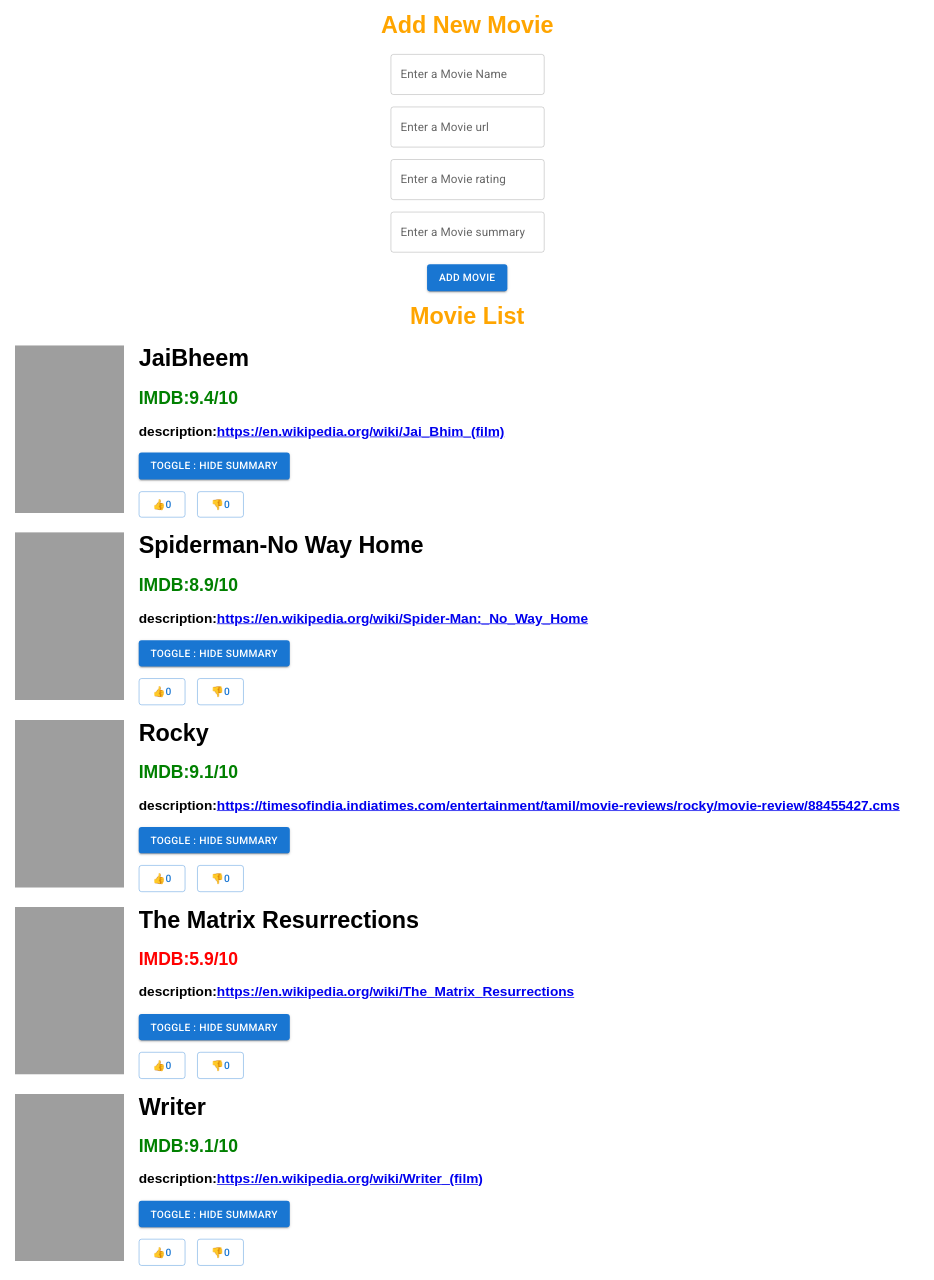
Repository: baladhinesh18/first-app
Page: /
The author's editor kept a copy of each file at every save. The page is drawn from the files as they stood at one save, then again after a run of saves.
The browser window is 1280 px wide. The pictures show the whole page, at 73% of full size.
Pictures or frames that could not be fetched are drawn as grey boxes. The project was rebuilt for these pictures with package versions that can differ from the ones it lists, and the page was loaded fresh each time.

Above is the page before, as saved 2022-01-07 18:09:36.

After the next 2 saves:
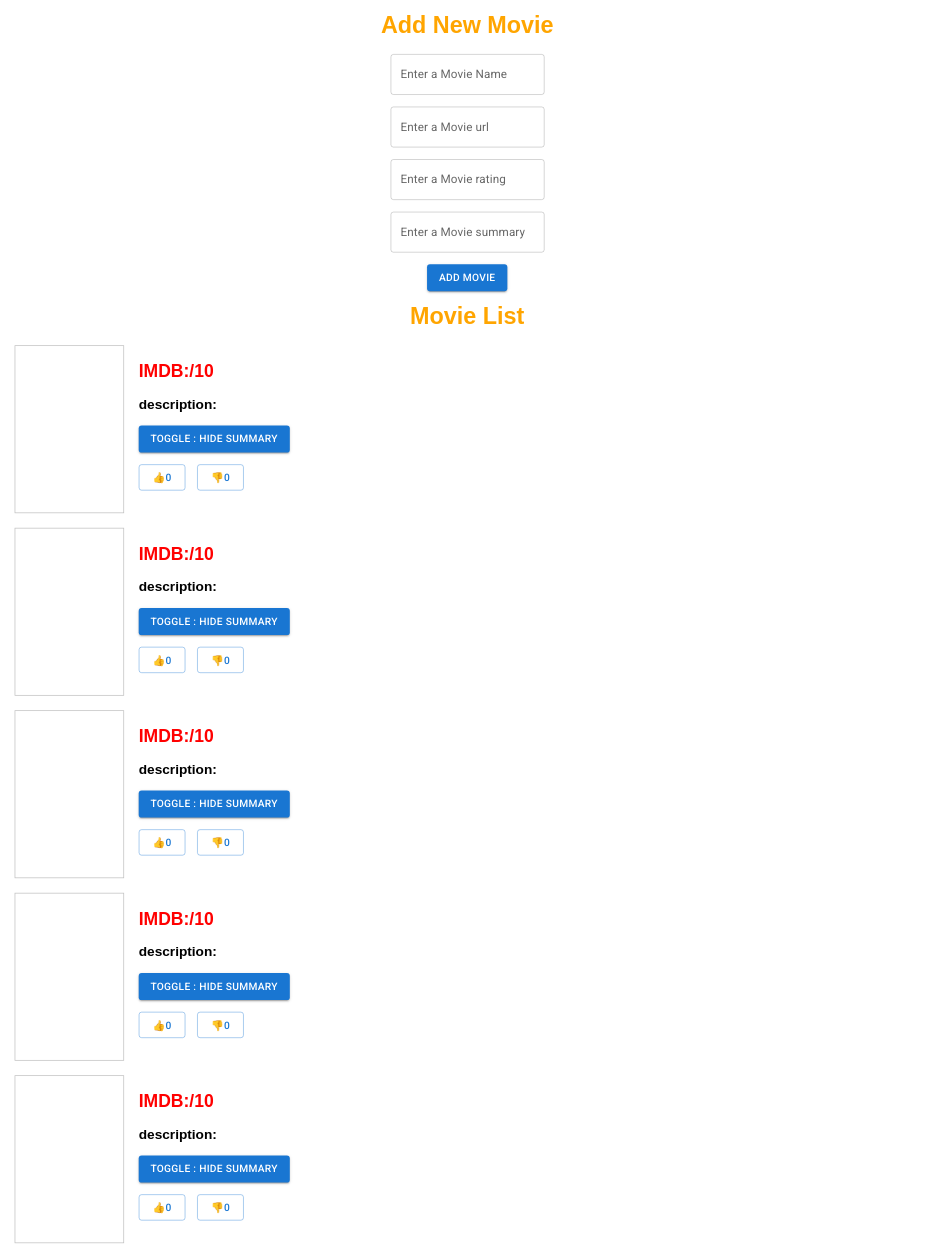
The 2 saves are shown as one change because 1 did not build or start.
The last was saved 91 s later.
--- a/src/App.js
+++ b/src/App.js
@@ -82,18 +82,18 @@
   </div>
 )}
 
-function Starting({ nme, ur,rat,des }) {
-const styles={color: rat>=8.5? "green":"red"};
+function Starting({ name, url,ratings,summary }) {
+const styles={color: ratings>=8.5? "green":"red"};
 const[isHide,setIsHide]=useState(true);
 
   return (
     <div>
     <div className="ro">
-     <img src={ur} className="mg" alt={nme} />
+     <img src={url} className="mg" alt={name} />
       <div className="col">
-      <h1> {nme}</h1>
-      <h2 style={styles}>IMDB:{rat}/10</h2>
-      { isHide?<h3>description:<a href={des}>{des}</a></h3>:null}
+      <h1> {name}</h1>
+      <h2 style={styles}>IMDB:{ratings}/10</h2>
+      { isHide?<h3>description:<a href={summary}>{summary}</a></h3>:null}
       {/* <h3>description:<a href={des}>{des}</a></h3> */}
       <div>
     <Button onClick={()=>setIsHide(!isHide)} variant="contained">Toggle : Hide summary</Button>

After the save that followed:
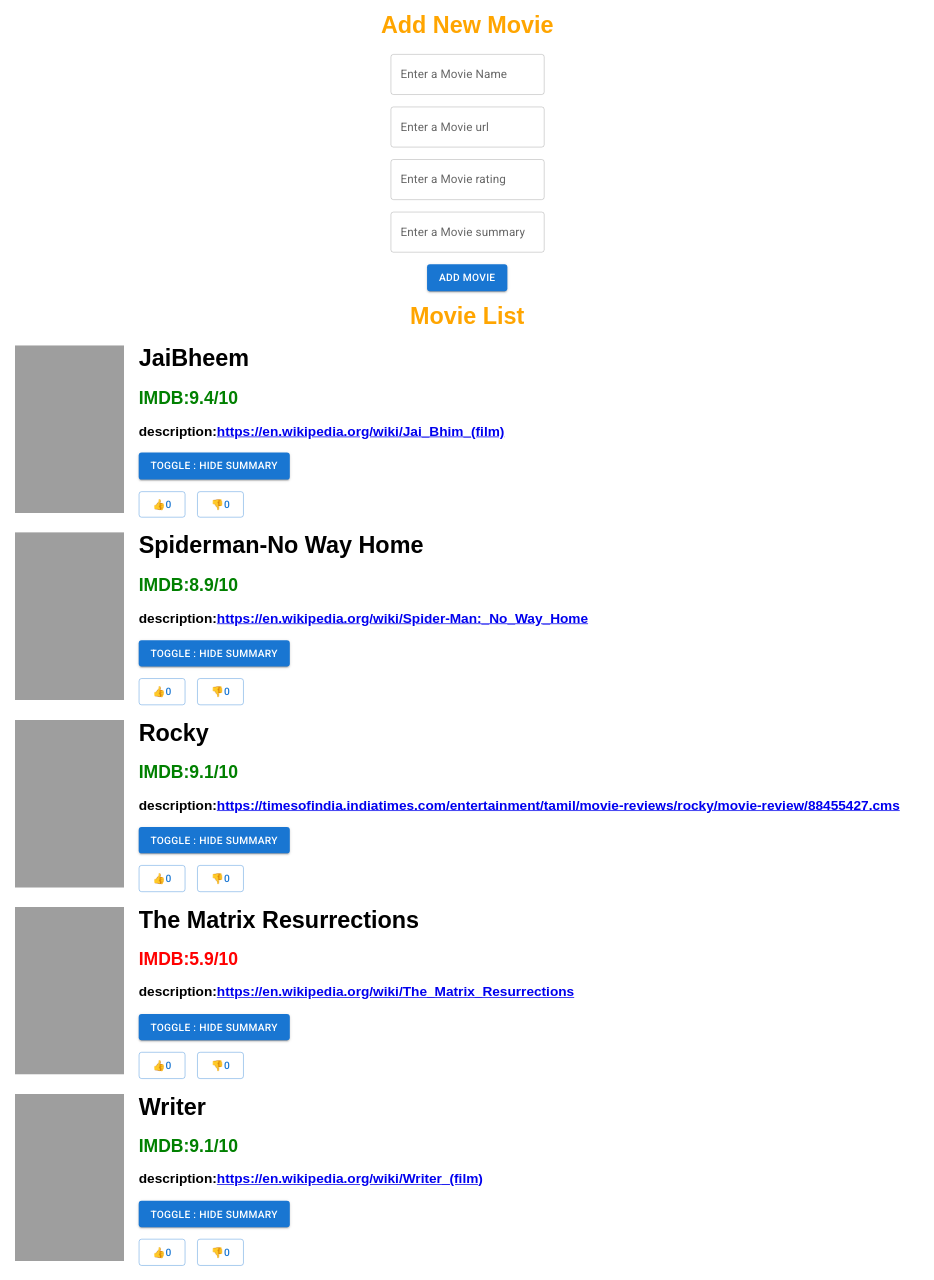
Saved 40 s later.
--- a/src/App.js
+++ b/src/App.js
@@ -82,18 +82,18 @@
   </div>
 )}
 
-function Starting({ name, url,ratings,summary }) {
-const styles={color: ratings>=8.5? "green":"red"};
+function Starting({ nme, ur,rat,des }) {
+const styles={color: rat>=8.5? "green":"red"};
 const[isHide,setIsHide]=useState(true);
 
   return (
     <div>
     <div className="ro">
-     <img src={url} className="mg" alt={name} />
+     <img src={ur} className="mg" alt={nme} />
       <div className="col">
-      <h1> {name}</h1>
-      <h2 style={styles}>IMDB:{ratings}/10</h2>
-      { isHide?<h3>description:<a href={summary}>{summary}</a></h3>:null}
+      <h1> {nme}</h1>
+      <h2 style={styles}>IMDB:{rat}/10</h2>
+      { isHide?<h3>description:<a href={des}>{des}</a></h3>:null}
       {/* <h3>description:<a href={des}>{des}</a></h3> */}
       <div>
     <Button onClick={()=>setIsHide(!isHide)} variant="contained">Toggle : Hide summary</Button>
